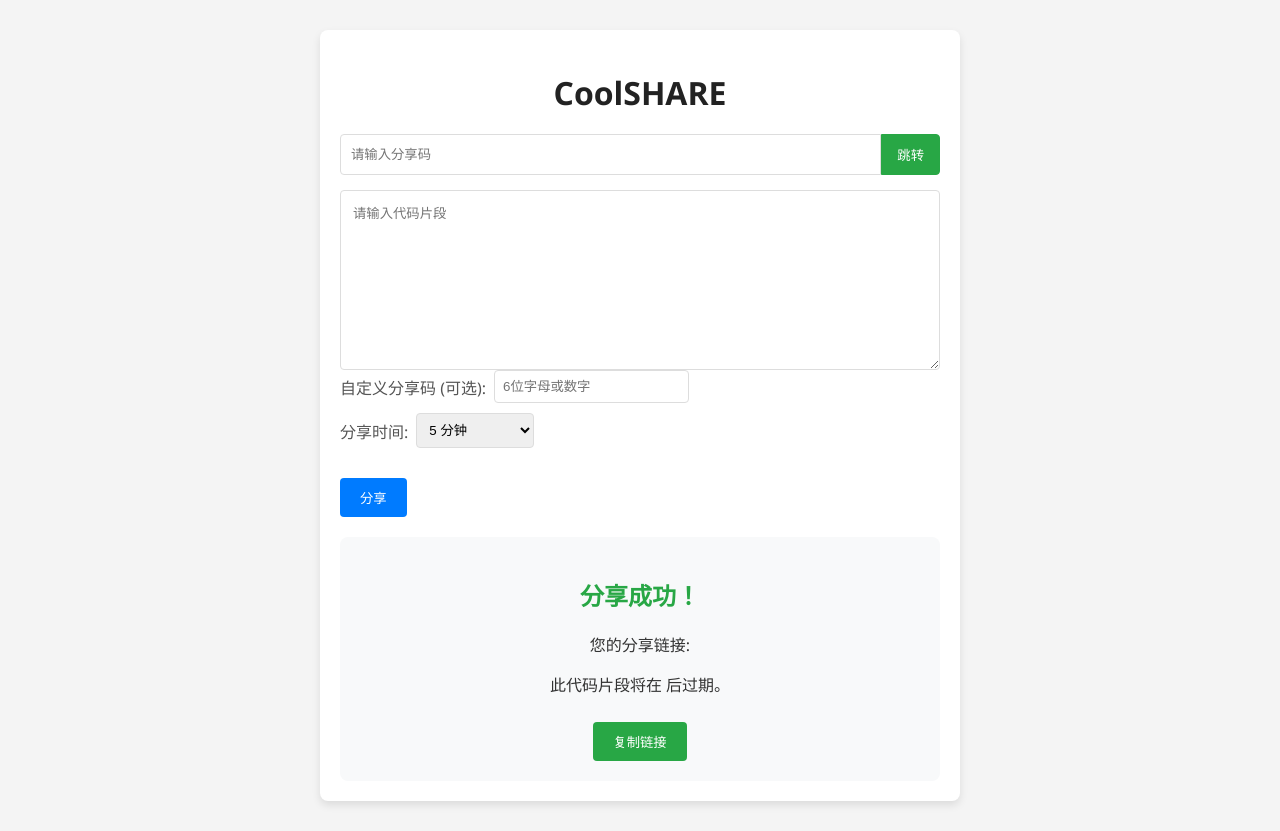
Repository: utopeadia/coolshare
Page: http://localhost/
These files come from the project's save history. The page is drawn as it stood at one moment and after the next save; the edit follows.
The browser window is 1280 px wide. The pictures show the whole page.
The page is served by the project's application, run on Flask 3 (app.py).

Above is the page before, as saved 2024-06-22 19:58:01.

### templates/index.html
<!DOCTYPE html>
<html lang="en">
	<head>
		<meta charset="UTF-8" />
		<meta
			name="viewport"
			content="width=device-width, initial-scale=1.0"
		/>
		<title>CoolSHARE</title>
		<link
			rel="stylesheet"
			href="/static/style.css"
		/>
	</head>
	<body>
		<div class="container">
			<h1>CoolSHARE</h1>

			<form id="jump-form" action="javascript:void(0);" method="get">
				<div class="input-group">
					<input
						type="text"
						id="share-code-input"
						name="code"
						placeholder="请输入分享码"
					/>
					<button
						type="submit"
						id="jump-button"
					>
						跳转
					</button>
				</div>
			</form>

			<textarea
				id="code-input"
				placeholder="请输入代码片段"
				spellcheck="false"
			></textarea>

			<div class="options">
				<div class="option">
					<label for="custom-code">自定义分享码 (可选):</label>
					<input
						type="text"
						id="custom-code"
						placeholder="6位字母或数字"
						maxlength="6"
					/>
				</div>
				<div class="option">
					<label for="time-select">分享时间:</label>
					<select id="time-select">
						<option value="5">5 分钟</option>
						<option value="10">10 分钟</option>
						<option value="30">30 分钟</option>
						<option value="custom">自定义 (分钟)</option>
					</select>
					<input
						type="number"
						id="custom-time"
						placeholder="自定义时间 (分钟)"
						min="1"
						max="28800"
						style="display: none"
					/>
				</div>
			</div>

			<div class="button-group">
				<button id="share-button">分享</button>
			</div>

			<div
				id="result"
				class="hidden"
			>
				<h2 class="success">分享成功！</h2>
				<p>您的分享链接: <span id="share-link"></span></p>
				<p>此代码片段将在 <span id="countdown"></span> 后过期。</p>
				<button id="copy-button">复制链接</button>
			</div>
		</div>

		<script src="/static/script.js"></script>
	</body>
</html>

### app.py
from flask import Flask, request, jsonify, render_template, redirect, abort
from flask_sqlalchemy import SQLAlchemy
from datetime import datetime, timedelta
import random
import string
import os

app = Flask(__name__)
app.config['SQLALCHEMY_DATABASE_URI'] = 'sqlite:///coolshare.db'
app.config['SQLALCHEMY_TRACK_MODIFICATIONS'] = False
db = SQLAlchemy(app)

class CodeShare(db.Model):
    id = db.Column(db.Integer, primary_key=True)
    share_code = db.Column(db.String(6), unique=True, nullable=False)
    code_content = db.Column(db.Text, nullable=False)
    expiration_time = db.Column(db.DateTime, nullable=False)

def generate_share_code():
    while True:
        code = ''.join(random.choices(string.ascii_letters + string.digits, k=6))
        if not CodeShare.query.filter_by(share_code=code).first():
            return code

@app.route('/', methods=['GET'])
def index():
    return render_template('index.html')

@app.route('/share', methods=['POST'])
def share_code():
    data = request.json
    code_content = data.get('code')
    custom_code = data.get('customCode')
    share_time = data.get('shareTime')

    if not code_content or not share_time:
        return jsonify({'error': '缺少必要参数'}), 400

    share_code = custom_code if custom_code else generate_share_code()
    expiration_time = datetime.utcnow() + timedelta(minutes=int(share_time))

    new_share = CodeShare(share_code=share_code, code_content=code_content, expiration_time=expiration_time)
    db.session.add(new_share)
    db.session.commit()

    return jsonify({'share_code': share_code})

@app.route('/<share_code>', methods=['GET'])
def view_code(share_code):
    share = CodeShare.query.filter_by(share_code=share_code).first()

    if not share:
        abort(404)

    if datetime.utcnow() > share.expiration_time:
        db.session.delete(share)
        db.session.commit()
        abort(404)

    # 将expiration_time转换为ISO格式的字符串
    expiration_time_iso = share.expiration_time.isoformat()

    return render_template('view.html', code=share.code_content, expiration_time=expiration_time_iso)

@app.route('/destroy', methods=['POST'])
def destroy_code():
    data = request.json
    share_code = data.get('share_code')

    if not share_code:
        return jsonify({'error': '缺少分享码'}), 400

    share = CodeShare.query.filter_by(share_code=share_code).first()

    if not share:
        return jsonify({'error': '找不到对应的分享'}), 404

    try:
        db.session.delete(share)
        db.session.commit()
        return jsonify({'message': '分享已成功销毁'})
    except Exception as e:
        db.session.rollback()
        app.logger.error(f"Error destroying share {share_code}: {str(e)}")
        return jsonify({'error': '销毁过程中发生错误'}), 500

@app.errorhandler(404)
def not_found_error(error):
    return jsonify({'error': '未找到请求的资源'}), 404

@app.errorhandler(500)
def internal_error(error):
    db.session.rollback()
    return jsonify({'error': '服务器内部错误'}), 500

if __name__ == '__main__':
    with app.app_context():
        db.create_all()
    app.run(debug=True)

### static/style.css
/* 基础样式 */
body {
	font-family: "Segoe UI", Tahoma, Geneva, Verdana, sans-serif;
	margin: 0;
	padding: 0;
	background-color: #f4f4f4;
	color: #333;
}

.container {
	max-width: 600px;
	margin: 30px auto;
	padding: 20px;
	background-color: #fff;
	border-radius: 8px;
	box-shadow: 0 4px 8px rgba(0, 0, 0, 0.1);
}

h1 {
	text-align: center;
	margin-bottom: 20px;
	color: #222;
}

textarea {
	display: block; /* 移除 flex 布局 */
	width: 100%;
	height: 180px;
	padding: 12px;
	border: 1px solid #ddd;
	border-radius: 4px;
	resize: vertical;
	font-family: "Courier New", Courier, monospace;
	box-sizing: border-box; /*  确保 padding 和 border 包含在元素宽度内 */
	word-break: break-all; /*  允许长单词在任意位置换行 */
}
/* 输入框组 */
.input-group {
	display: flex;
	margin-bottom: 15px;
}

.input-group input {
	flex: 1;
	padding: 10px;
	border: 1px solid #ddd;
	border-radius: 4px 0 0 4px;
}

.input-group button {
	padding: 10px 15px;
	border: 1px solid #28a745;
	border-radius: 0 4px 4px 0;
	background-color: #28a745;
	color: white;
	cursor: pointer;
	transition: background-color 0.3s;
}

.input-group button:hover {
	background-color: #218838;
}

/* 选项 */
.options {
	display: flex;
	flex-wrap: wrap; /* 允许换行 */
	justify-content: space-between;
	align-items: center;
	margin-bottom: 15px;
}

.option {
	display: flex;
	align-items: center;
	margin-bottom: 10px; /* 选项之间的间距 */
	flex: 1 1 45%; /*  每个选项占据大约一半宽度 */
}

.option label {
	margin-right: 8px;
	color: #555;
	white-space: nowrap; /* 防止标签文本换行 */
}

.option input,
.option select {
	padding: 8px;
	border: 1px solid #ddd;
	border-radius: 4px;
}

/* 按钮组 */
.button-group {
	display: flex;
	justify-content: space-between;
	margin-top: 20px;
}

button {
	border: none;
	padding: 10px 20px;
	border-radius: 4px;
	cursor: pointer;
	transition: background-color 0.3s ease;
}

#share-button {
	background-color: #007bff;
	color: white;
}

#share-button:hover {
	background-color: #0069d9;
}

#destroy-button {
	background-color: #ced4da; /* 使用更柔和的颜色 */
	color: #333;
}

#destroy-button:hover {
	background-color: #adb5bd;
}

/* 结果区域 */
#result {
	margin-top: 20px;
	padding: 20px;
	background-color: #f8f9fa;
	border-radius: 8px;
	text-align: center;
}

.success {
	color: #28a745;
}

#copy-button {
	margin-top: 10px;
	background-color: #28a745;
	color: white;
}

#copy-button:hover {
	background-color: #218838;
}

/*  媒体查询：针对窄屏进行调整 */
@media (max-width: 500px) {
	.option {
		flex: 1 1 100%; /* 在小屏幕上，每个选项占据整行 */
		margin-bottom: 10px;
	}
}

### static/script.js
const codeInput = document.getElementById("code-input");
const customCodeInput = document.getElementById("custom-code");
const timeSelect = document.getElementById("time-select");
const customTimeInput = document.getElementById("custom-time");
const shareButton = document.getElementById("share-button");
const resultDiv = document.getElementById("result");
const shareLinkSpan = document.getElementById("share-link");
const countdownSpan = document.getElementById("countdown");
const copyButton = document.getElementById("copy-button");
const jumpForm = document.getElementById("jump-form");
const shareCodeInput = document.getElementById("share-code-input");

timeSelect.addEventListener("change", () => {
	customTimeInput.style.display =
		timeSelect.value === "custom" ? "inline-block" : "none";
});

jumpForm.addEventListener("submit", (e) => {
	e.preventDefault();
	const shareCode = shareCodeInput.value.trim();
	if (shareCode) {
		window.location.href = `/${shareCode}`;
	}
});

shareButton.addEventListener("click", async () => {
	const code = codeInput.value;
	const customCode = customCodeInput.value;
	let shareTime;

	if (timeSelect.value === "custom") {
		shareTime = parseInt(customTimeInput.value);
		if (isNaN(shareTime) || shareTime <= 0 || shareTime > 28800) {
			alert("自定义时间必须为 1 到 28800 之间的数字 (分钟)");
			return;
		}
	} else {
		shareTime = parseInt(timeSelect.value);
	}

	try {
		const response = await fetch("/share", {
			method: "POST",
			headers: {
				"Content-Type": "application/json",
			},
			body: JSON.stringify({ code, customCode, shareTime }),
		});

		const data = await response.json();

		if (response.ok) {
			const shareCode = data.share_code;
			const shareLink = `${window.location.origin}/${shareCode}`;
			shareLinkSpan.textContent = shareLink;

			startCountdown(shareTime * 60);

			resultDiv.classList.remove("hidden");
		} else {
			alert(`分享失败: ${data.error}`);
		}
	} catch (error) {
		console.error("Error:", error);
		alert("分享失败，请稍后再试");
	}
});

copyButton.addEventListener("click", () => {
	navigator.clipboard
		.writeText(shareLinkSpan.textContent)
		.then(() => {
			alert("分享链接已复制到剪贴板");
		})
		.catch((err) => {
			console.error("Failed to copy: ", err);
		});
});

function startCountdown(remainingTime) {
	const updateCountdown = () => {
		const minutes = Math.floor(remainingTime / 60);
		const seconds = remainingTime % 60;
		countdownSpan.textContent = `${minutes}:${seconds
			.toString()
			.padStart(2, "0")}`;

		if (remainingTime <= 0) {
			clearInterval(countdownInterval);
			countdownSpan.textContent = "已过期";
			shareButton.disabled = false;
		}

		remainingTime--;
	};

	updateCountdown();
	const countdownInterval = setInterval(updateCountdown, 1000);
}

After the next save:
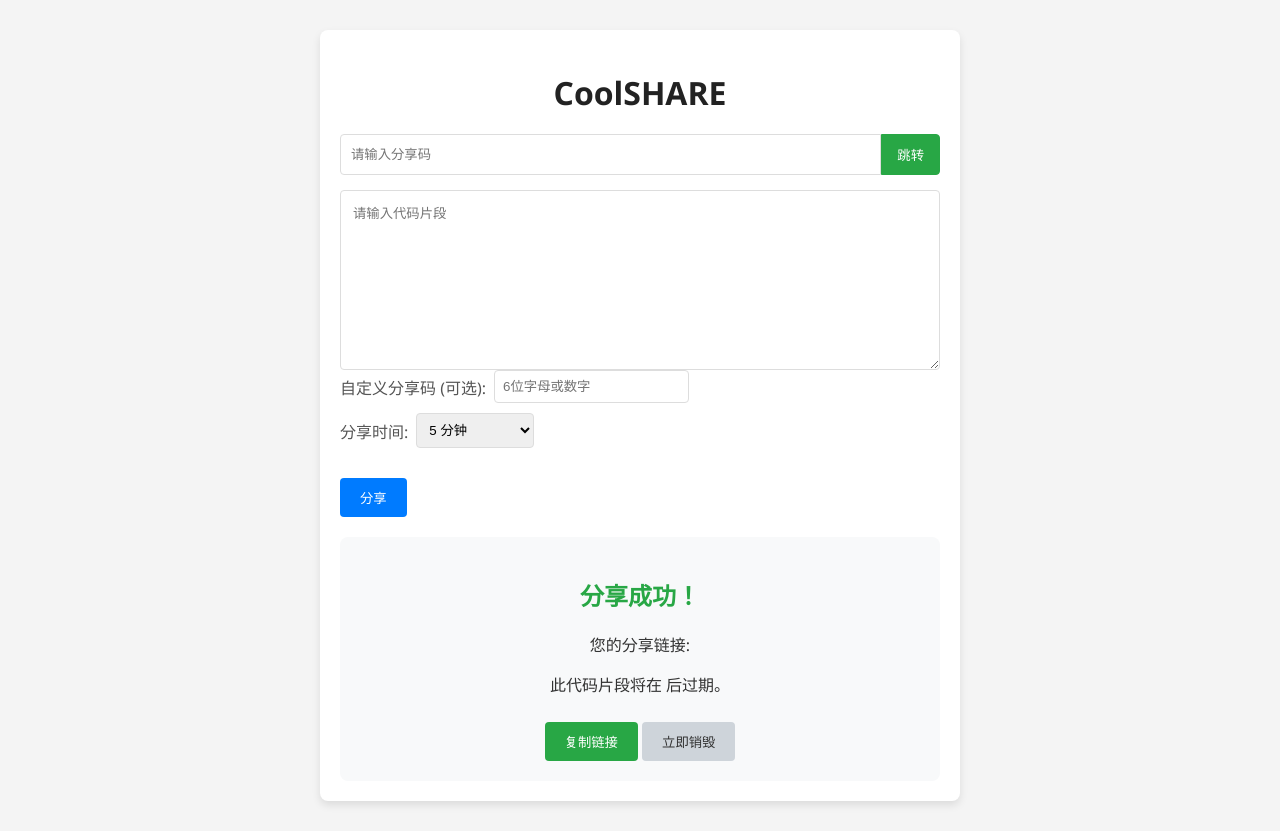
Saved 50 s later.
--- a/templates/index.html
+++ b/templates/index.html
@@ -1,88 +1,53 @@
 <!DOCTYPE html>
 <html lang="en">
-	<head>
-		<meta charset="UTF-8" />
-		<meta
-			name="viewport"
-			content="width=device-width, initial-scale=1.0"
-		/>
-		<title>CoolSHARE</title>
-		<link
-			rel="stylesheet"
-			href="/static/style.css"
-		/>
-	</head>
-	<body>
-		<div class="container">
-			<h1>CoolSHARE</h1>
+<head>
+    <meta charset="UTF-8">
+    <meta name="viewport" content="width=device-width, initial-scale=1.0">
+    <title>CoolSHARE</title>
+    <link rel="stylesheet" href="/static/style.css">
+</head>
+<body>
+    <div class="container">
+        <h1>CoolSHARE</h1>
 
-			<form id="jump-form" action="javascript:void(0);" method="get">
-				<div class="input-group">
-					<input
-						type="text"
-						id="share-code-input"
-						name="code"
-						placeholder="请输入分享码"
-					/>
-					<button
-						type="submit"
-						id="jump-button"
-					>
-						跳转
-					</button>
-				</div>
-			</form>
+        <form id="jump-form">
+            <div class="input-group">
+                <input type="text" id="share-code-input" placeholder="请输入分享码">
+                <button type="submit" id="jump-button">跳转</button>
+            </div>
+        </form>
 
-			<textarea
-				id="code-input"
-				placeholder="请输入代码片段"
-				spellcheck="false"
-			></textarea>
+        <textarea id="code-input" placeholder="请输入代码片段" spellcheck="false"></textarea>
 
-			<div class="options">
-				<div class="option">
-					<label for="custom-code">自定义分享码 (可选):</label>
-					<input
-						type="text"
-						id="custom-code"
-						placeholder="6位字母或数字"
-						maxlength="6"
-					/>
-				</div>
-				<div class="option">
-					<label for="time-select">分享时间:</label>
-					<select id="time-select">
-						<option value="5">5 分钟</option>
-						<option value="10">10 分钟</option>
-						<option value="30">30 分钟</option>
-						<option value="custom">自定义 (分钟)</option>
-					</select>
-					<input
-						type="number"
-						id="custom-time"
-						placeholder="自定义时间 (分钟)"
-						min="1"
-						max="28800"
-						style="display: none"
-					/>
-				</div>
-			</div>
+        <div class="options">
+            <div class="option">
+                <label for="custom-code">自定义分享码 (可选):</label>
+                <input type="text" id="custom-code" placeholder="6位字母或数字" maxlength="6">
+            </div>
+            <div class="option">
+                <label for="time-select">分享时间:</label>
+                <select id="time-select">
+                    <option value="5">5 分钟</option>
+                    <option value="10">10 分钟</option>
+                    <option value="30">30 分钟</option>
+                    <option value="custom">自定义 (分钟)</option>
+                </select>
+                <input type="number" id="custom-time" placeholder="自定义时间 (分钟)" min="1" max="28800" style="display: none;">
+            </div>
+        </div>
 
-			<div class="button-group">
-				<button id="share-button">分享</button>
-			</div>
+        <div class="button-group">
+            <button id="share-button">分享</button>
+        </div>
 
-			<div
-				id="result"
-				class="hidden"
-			>
-				<h2 class="success">分享成功！</h2>
-				<p>您的分享链接: <span id="share-link"></span></p>
-				<p>此代码片段将在 <span id="countdown"></span> 后过期。</p>
-				<button id="copy-button">复制链接</button>
-			</div>
-		</div>
+        <div id="result" class="hidden">
+            <h2 class="success">分享成功！</h2>
+            <p>您的分享链接: <span id="share-link"></span></p>
+            <p>此代码片段将在 <span id="countdown"></span> 后过期。</p>
+            <button id="copy-button">复制链接</button>
+            <button id="destroy-button">立即销毁</button> </div>
+    </div>
 
-		<script src="/static/script.js"></script>
-	</body>
+    <script src="/static/script.js"></script>
+</body>
 </html>
